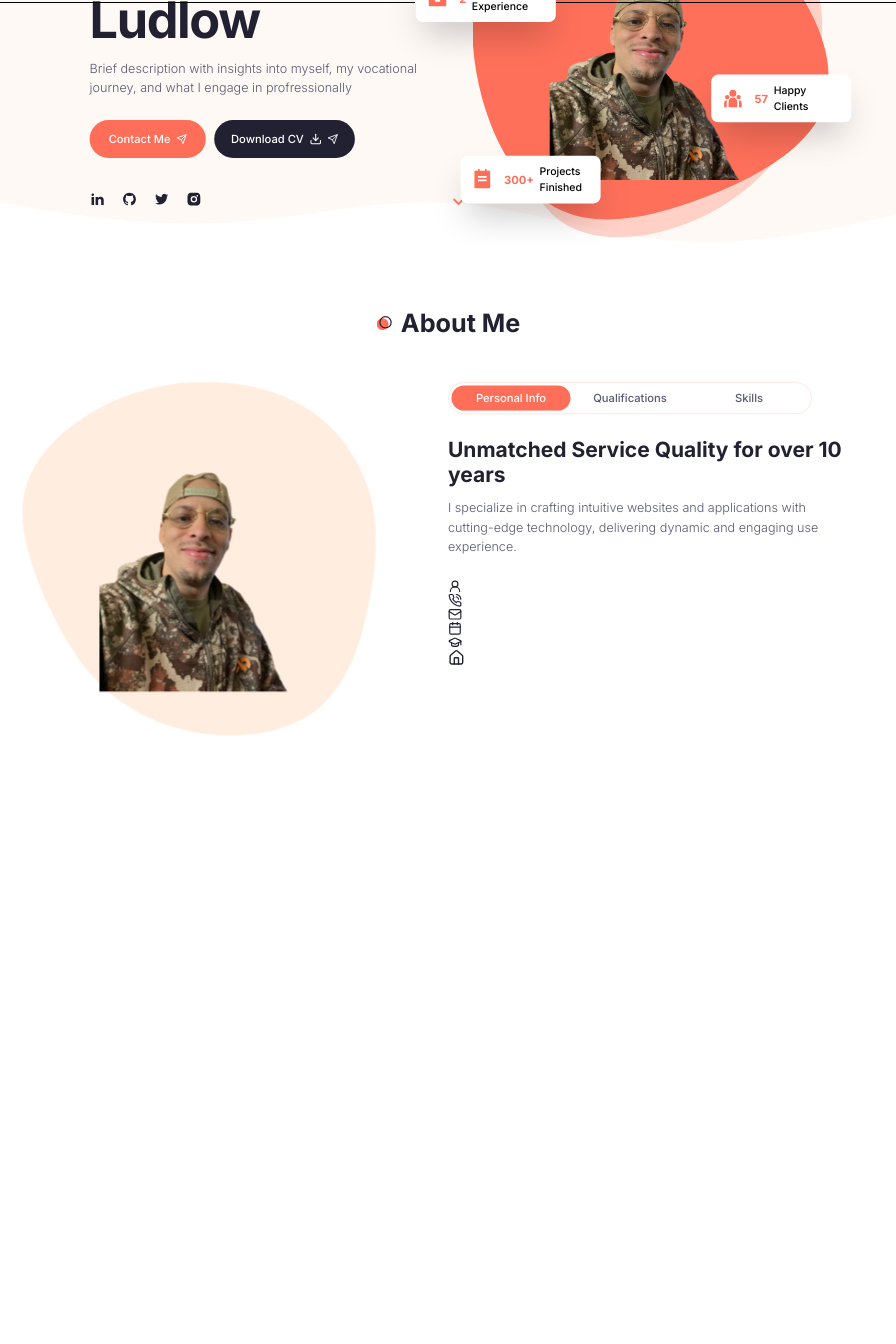
Repository: MikeeBuilds/mike-port
Page: /
The author's editor kept a copy of each file at every save. The page is drawn from the files as they stood at one save, then again after a run of saves.
The browser window is 1280 px wide. The pictures show the part of the page from y = 361 to 2281 px (the page is 5591 px tall), at 70% of full size.
The project was rebuilt for these pictures with package versions that can differ from the ones it lists, and the page was loaded fresh each time. The framework's server and built-in components were replaced by stand-ins that run in the browser. Also part of the build but not shown: next.config.js.

Above is the page before, as saved 2023-11-30 14:18:45.

### app/layout.jsx
import { Inter } from 'next/font/google'
import './globals.css'
import Header from '@/components/Header'
import Footer from '@/components/Footer'
import { ThemeProvider } from '@/components/ThemeProvider'

const inter = Inter({ subsets: ['latin'] })

export const metadata = {
  title: 'Mike Ludlow | Dev',
  description: 'Generated by create next app',
}

export default function RootLayout({ children }) {
  return (
    <html lang="en" suppressHydrationWarning>
      <body className={inter.className}
      >
        <ThemeProvider attribute="class" defaultTheme="light">
          <Header />
            {children}
          <Footer />
        </ThemeProvider>
      </body>
    </html>
  )
}

### app/page.jsx
import About from '@/components/About'
import Hero from '@/components/Hero'
import { main } from 'json'
import Image from 'next/image'

export default function Home() {
  return (
    <main>
      <Hero/>
      <About/>
    </main>
  )
}

### app/globals.css
@tailwind base;
@tailwind components;
@tailwind utilities;

@layer base {
  @layer base {
    :root {
      --background: 0 0% 100%;
      --foreground: 240 19% 16%;
      --card: 0 0% 100%;
      --card-foreground: 240 19% 16%;
      --popover: 0 0% 100%;
      --popover-foreground: 20 14.3% 4.1%;
      --primary: 8 99% 67%;
      --primary-foreground: 300 0% 100%;
      --secondary: 240 19% 16%;
      --secondary-foreground: 300 0% 100%;
      --tertiary: 27 82% 98%;
      --muted: 60 4.8% 95.9%;
      --muted-foreground: 237 13% 40%;
      --accent: 237 9% 96%;
      --accent-foreground: 24 9.8% 10%;
      --destructive: 0 84.2% 60.2%;
      --destructive-foreground: 60 9.1% 97.8%;
      --border: 8 82% 92%;
      --input: 8 82% 92%;
      --ring: 9 99% 67%;
      --radius: 1rem;
    }

    .dark {
      --background: 237 22% 20%;
      --foreground: 60 9.1% 97.8%;
      --card: 240 19% 16%;
      --card-foreground: 300 0% 100%;
      --popover: 20 14.3% 4.1%;
      --popover-foreground: 60 9.1% 97.8%;
      --primary: 8 99% 67%;
      --primary-foreground: 300 0% 100%;
      --secondary: 240 19% 16%;
      --secondary-foreground: 300 0% 100%;
      --tertiary: 237 22% 20%;
      --muted: 12 6.5% 15.1%;
      --muted-foreground: 237 13% 63%;
      --accent: 240 19% 16%;
      --accent-foreground: 300 0% 100%;
      --destructive: 0 72.2% 50.6%;
      --destructive-foreground: 60 9.1% 97.8%;
      --border: 237 22% 23%;
      --input: 237 22% 23%;
      --ring: 8 99% 67%;
    }
  }
}

@layer base {
  * {
    @apply border-border;
  }
  body {
    @apply bg-background text-foreground;
  }
}

.h1 {
  @apply text-6xl xl:text-[72px] xl:leading-[80px] tracking-[-2px] font-bold;
}

.h2 {
  @apply text-4xl font-bold;
}

.h3 {
  @apply text-3xl font-bold;
}

.h4 {
  @apply text-[22px] font-semibold;
}

.subtitle {
  @apply text-muted-foreground text-lg mb-8 font-light;

}
.section-title {
  @apply text-4xl font-bold relative w-max flex items-center justify-between gap-x-3
  before:bg-dots_light before:dark:bg-dots_dark before:bg-no-repeat before:bg-center
  before:w-[24px] before:h-[24px];
}

.badge {
  @apply z-10 w-[200px] h-[68px] bg-white dark:backdrop-blur-[44px] shadow-2xl p-4 rounded-[10px] flex items-center gap-x-4;
}

### components/Header.jsx
"use client";
import React, { useState, useEffect } from "react";

// components
import Logo from "./Logo";
import ThemeToggler from "./ThemeToggler";
import Nav from "./Nav";
import MobileNav from "./MobileNav";
import { usePathname } from "next/navigation";

const Header = () => {
  const [header, setHeader] = useState(false);
  const pathname = usePathname();

  useEffect(() => {
    const scrollYpos = window.addEventListener("scroll", () => {
      window.scrollY > 50 ? setHeader(true) : setHeader(false);
    });

    // remove event
    return () => window.removeEventListener("scroll", scrollYpos);
  });

  return (
    <header
      className={`${
        header
          ? "py-4 bg-white shadow-lg dark:bg-accent"
          : "py-6 dark:bg-transparent"
      } sticky top-0 z-30 transition-all ${pathname === '/' && 'bg-white'}`}
    >
      <div className="container mx-auto">
        <div className="flex justify-between items-center">
          <Logo />
          <div className="flex items-center gap-x-6">
            {/* nav */}
            <Nav
              containerStyles="hidden xl:flex gap-x-8 items-center"
              linkStyles="relative hover:text-primary transition-all"
              underlineStyles="absolute left-0 top-full h-[2px] bg-primary w-full"
            />
            <ThemeToggler />
            {/* mobile nav */}
            <div className="lg:hidden">
              <MobileNav />
            </div>
          </div>
        </div>
      </div>
    </header>
  );
};

export default Header;

### components/Footer.jsx

const Footer = () => {
  return (
    <footer>Footer</footer>
  )
}

export default Footer

### components/ThemeProvider.jsx
"use client"


import {
    ThemeProvider as NextThemesProvider
} from "next-themes";



export function ThemeProvider({ children, ...props}) {
    return <NextThemesProvider {...props}>{children}</NextThemesProvider>
}

### components/About.jsx
import DevImg from "./DevImg";
import image from "next/image";
import { Tabs, TabsContent, TabsList, TabsTrigger } from "@/components/ui/tabs";

import {
  User2,
  MailIcon,
  HomeIcon,
  PhoneCall,
  GraduationCap,
  Calendar,
  Briefcase,
} from "lucide-react";

const infoData = [
  {
    icon: <User2 size={20} />,
    text: "Mike Ludlow",
  },
  {
    icon: <PhoneCall size={20} />,
    text: "(614)772-9779",
  },
  {
    icon: <MailIcon size={20} />,
    text: "MLudlow000@gmail.com",
  },
  {
    icon: <Calendar size={20} />,
    text: "Born On May 14, 1986",
  },
  {
    icon: <GraduationCap size={20} />,
    text: "Bachelors In Software Engineering",
  },
  {
    icon: <HomeIcon sizes={20} />,
    text: "Columbus, OH",
  },
];

const qualificationData = [
  {
    title: "education",
    data: [
      {
        university: "Columbus State Community College",
        qualification: "Bachelor Of Science",
        years: "2019-2024",
      },
      {
        university: "Learn Web3",
        qualification: "Ethereum Developer Degree",
        years: "2022-2023",
      },
      {
        university: "Alchemy University",
        qualification: "Learn Javascript",
        years: "2023",
      },
    ],
  },
  {
    title: "experience",
    data: [
      {
        company: "Takify AI Startup",
        qualification: "Software Developer",
        years: "2022-present",
      },
      // {
      //   company: 'Takify AI Startup',
      //   qualification: 'Software Developer',
      //   years: '2022-present'
      // },
      // {
      //   company: 'Takify AI Startup',
      //   qualification: 'Software Developer',
      //   years: '2022-present'
      // },
    ],
  },
];

const skillData = [
  {
    title: "skills",
    data: [
      {
        name: "HTML, CSS",
      },
      {
        name: "Front-end Development",
      },
      {
        name: "Javascript, PHP",
      },
      {
        name: "Back-end Development",
      },
    ],
  },
  {
    title: "tools",
    data: [
      {
        imgPath: "/about/vscode.svg",
      },
      {
        imgPath: "/about/figma.svg",
      },
      {
        imgPath: "/about/notion.svg",
      },
      {
        imgPath: "/about/wordpress.svg",
      },
    ],
  },
];

const About = () => {
  const getData = (arr, title) => {
    return arr.find((item) => item.title === title);
  };

  return (
    <section className="xl:h-[860px] pb-12 xl:py-24">
      <div className="container mx-auto">
        <h2 className="section-title mb-8 xl:mb-16 text-center mx-auto">
          About Me
        </h2>
        <div className="flex flex-col xl:flex-row">
          {/* iamge */}
          <div className="hidden xl:flex flex-1 relative">
            <DevImg
              containerStyles="bg-about_shape_light dark:bg-about_shape_dark w-[505px] h-[505px] bg-no-repeat relative"
              imgSrc="/about/developer.png"
            />
          </div>
          {/* tabs */}
          <div className="flex-1">
            <Tabs defaultValue="personal">
              <TabsList className="w-full grid xl:grid-cols-3 xl:max-w-[520px] xl:border dark:border-none">
                <TabsTrigger className="w-[162px] xl:w-auto" value="personal">
                  Personal Info
                </TabsTrigger>
                <TabsTrigger
                  className="w-[162px] xl:w-auto"
                  value="qualifications"
                >
                  Qualifications
                </TabsTrigger>
                <TabsTrigger className="w-[162px] xl:w-auto" value="skills">
                  Skills
                </TabsTrigger>
              </TabsList>
              {/* tabs content */}
              <div className="text-lg mt:12 xl:mt-8">
                {/* personal */}
                <TabsContent value="personal">
                  <div className="text-center xl:text-left">
                    <h3 className="h3 mb-4">Unmatched Service Quality for over 10 years</h3>
                    <p className="subtitle max-w-xl mx-auto xl:mx-0">
                      I specialize in crafting intuitive websites and
                      applications with cutting-edge technology, delivering
                      dynamic and engaging use experience.
                    </p>
                    {/* icons */}
                    <div>
                      {infoData.map((item, index) => {
                        return (
                          <div key={index}>
                             <div>{item.icon}</div>
                          </div>
                        )
                      })}
                    </div>
                  </div>
                </TabsContent>
                <TabsContent value="qualifications">
                  qualifications info
                </TabsContent>
                <TabsContent value="skills">skills info</TabsContent>
              </div>
            </Tabs>
          </div>
        </div>
      </div>
    </section>
  );
};

export default About;

### components/Hero.jsx
import Link from "next/link";
import { Download, Send } from "lucide-react";
import { Button } from "./ui/button";

import {
  RiBriefcase4Fill,
  RiTeamFill,
  RiTodoFill,
  RiArrowDownSLine,
} from "react-icons/ri";

//components
import DevImg from "./DevImg";
import Badge from "./Badge";
import Socials from "./Socials";

const Hero = () => {
  return (
    <section className="py-12 xl:py-24 h-[84vh] xl:pt-28 bg-hero bg-no-repeat bg-bottom bg-cover dark:bg-none">
      <div className="flex justify-between gap-x-8">
        {/* text */}
        <div className="flex max-w-[600px] flex-col justify-center mx-auto xl:mx-32 text-center xl:text-left">
          <div className="text-sm uppercase font-semibold mb-4 text-primary tracking-[4px]">
            Software Developer
          </div>
          <h1 className="h1 mb-4">Hello, Im Mike Ludlow</h1>
          <p className="subtitle max-w-[490px] mx-auto xl:mx-0">
            Brief description with insights into myself, my vocational journey,
            and what I engage in profressionally
          </p>
          {/* buttons */}
          <div
            className="flex flex-col gap-y-3 md:flex-row gap-x-3 mx-auto
          xl:mx-0 mb-12"
          >
            <Link href="/contact">
              <Button className="gap-x-2">
                Contact Me <Send size={15} />
              </Button>
            </Link>
            <Button variant="secondary" className="gap-x-2">
              Download CV <Download size={18} /> <Send size={15} />
            </Button>
          </div>
          {/* socials */}
          <Socials
            containerStyles="flex gap-x-6 mx-auto xl:mx-0"
            iconStyles="text-foreground text-[22px] hover:text-primary transition-all"
          />
        </div>
        {/* image */}
        <div className="hidden xl:flex relative right-24">
          <Badge
            icon={<RiBriefcase4Fill />}
            endCountNum={2}
            badgeText="Years Of Experience"
            containerstyles="absolute top-[24%] -left-[5rem]"
          />
          {/* badge 2 */}
          <Badge
            icon={<RiTodoFill />}
            endCountNum={30}
            endCountText='0+'
            badgeText="Projects Finished"
            containerstyles="absolute top-[80%] -left-[1rem]"
          />
          {/* badge 3 */}
          <Badge
            icon={<RiTeamFill />}
            endCountNum={5}
            endCountText='7'
            badgeText="Happy Clients"
            containerstyles="absolute top-[55%] -right-8"
          />
          <div className="bg-hero_shape2_light dark:bg-hero_shape2_dark w-[500px] h-[500px] bg-no-repeat absolute -top-1 -right-8"></div>
          <DevImg
            containerStyles="bg-hero_shape w-[510px] h-[462px] bg-no-repeat relative bg-bottom"
            imgSrc="/hero/developer.png"
          />
        </div>
        {/* icon */}
        <div className="hidden md:flex absolute left-2/4 bottom-44 xl:bottom-12 animate-bounce">
          <RiArrowDownSLine className="text-3xl text-primary" />
        </div>
      </div>
    </section>
  );
};

export default Hero;

### components/Logo.jsx
import Link from "next/link";
import Image from "next/image";


const Logo = () => {
  return (
    <Link href="/">
        <Image src='/logo.svg' width={54} height={54} priority alt="logo"/>
    </Link>
  )
}

export default Logo

### components/ThemeToggler.jsx
"use client";

import { Button } from "./ui/button";
import { MoonIcon, SunIcon } from "@radix-ui/react-icons";
import { useTheme } from "next-themes";

const ThemeToggler = () => {
  const { theme, setTheme } = useTheme();
  return (
    <Button variant='outline' size="outline" onClick={() => setTheme(theme === 'dark' ? 'light' : 'dark')}>
      <SunIcon
        className="h-[1.2rem] w-[1.2rem] rotate-0 scale-100 transition-all
      dark:rotate-90 dark:scale-0"
      />
      <MoonIcon
        className="absolute h-[1.2rem] w-[1.2rem] rotate-90 scale-0 transition-all
       dark:rotate-0 dark:scale-100"
      />
    </Button>
  );
};

export default ThemeToggler;

### components/Nav.jsx
import Link from "next/link";

//next hooks
import { usePathname } from "next/navigation";

//framer motion
import { motion } from "framer-motion";

const links = [
  { path: "/", name: "home" },
  { path: "/projects", name: "my projects" },
  { path: "/contact", name: "contact" },
];

const Nav = ({ containerStyles, linkStyles, underlineStyles }) => {
  const path = usePathname();
  return (
    <nav className={`${containerStyles}`}>
      {links.map((link, index) => {
        return (
          <Link
            href={link.path}
            key={index}
            className={`capitalize ${linkStyles}`}
          >
            {link.path === path && (
              <motion.span
                initial={{ y: "-100%" }}
                animate={{ y: 0 }}
                transition={{ type: "tween" }}
                layoutId="underline"
                className={`${underlineStyles}`}
              />
            )}
            {link.name}
          </Link>
        );
      })}
    </nav>
  );
};

export default Nav;

### components/MobileNav.jsx
import { Sheet, SheetContent, SheetTrigger } from "@/components/ui/sheet";
import { AlignJustify } from "lucide-react";

import Nav from "./Nav";
import Logo from "./Logo";
import Socials from "./Socials";

const MobileNav = () => {
  return (
    <Sheet>
      <SheetTrigger asChild>
        <AlignJustify className="cursor-pointer" />
      </SheetTrigger>
      <SheetContent>
        <div className="flex flex-col items-center justify-between h-full py-8">
          <div className="flex flex-col items-center gap-y-32">
            <Logo />
            <Nav
              containerStyles="flex flex-col items-center gap-y-6"
              linkStyles="text-2xl"
            />
          </div>
            <Socials containerStyles='flex gap-x-4' iconStyles='text-2xl'/>
        </div>
      </SheetContent>
    </Sheet>
  );
};

export default MobileNav;

### components/DevImg.jsx
import Image from "next/image";

const DevImg = ({ containerStyles, imgSrc }) => {
  return <div className={`${containerStyles}`}>
    <Image src={imgSrc} fill priority alt="" />
  </div>;
};

export default DevImg;

### components/ui/tabs.jsx
"use client";

import * as React from "react";
import * as TabsPrimitive from "@radix-ui/react-tabs";

import { cn } from "@/lib/utils";

const Tabs = TabsPrimitive.Root;

const TabsList = React.forwardRef(({ className, ...props }, ref) => (
  <TabsPrimitive.List
    ref={ref}
    className={cn(
      "inline-flex items-center justify-center xl:bg-white p-1 text-muted-foreground rounded-[30px] dark:md:bg-secondary",
      className
    )}
    {...props}
  />
));
TabsList.displayName = TabsPrimitive.List.displayName;

const TabsTrigger = React.forwardRef(({ className, ...props }, ref) => (
  <TabsPrimitive.Trigger
    ref={ref}
    className={cn(
      "inline-flex items-center justify-center whitespace-nowrap rounded-full px-3 py-1.5 text-base font-medium ring-offset-background transition-all focus-visible:outline-none focus-visible:ring-2 focus-visible:ring-ring focus-visible:ring-offset-2 disabled:pointer-events-none disabled:opacity-50 data-[state=active]:bg-primary data-[state=active]:text-white data-[state=active]:shadow-sm ",
      className
    )}
    {...props}
  />
));
TabsTrigger.displayName = TabsPrimitive.Trigger.displayName;

const TabsContent = React.forwardRef(({ className, ...props }, ref) => (
  <TabsPrimitive.Content
    ref={ref}
    className={cn(
      "mt-2 ring-offset-background focus-visible:outline-none focus-visible:ring-2 focus-visible:ring-ring focus-visible:ring-offset-2",
      className
    )}
    {...props}
  />
));
TabsContent.displayName = TabsPrimitive.Content.displayName;

export { Tabs, TabsList, TabsTrigger, TabsContent };

### components/ui/button.jsx
import * as React from "react"
import { Slot } from "@radix-ui/react-slot"
import { cva } from "class-variance-authority";

import { cn } from "@/lib/utils"

const buttonVariants = cva(
  "inline-flex items-center justify-center whitespace-nowrap rounded-full text-base font-medium ring-offset-background transition-colors focus-visible:outline-none focus-visible:ring-2 focus-visible:ring-ring focus-visible:ring-offset-2 disabled:pointer-events-none disabled:opacity-50",
  {
    variants: {
      variant: {
        default: "bg-primary text-primary-foreground hover:bg-primary/90",
        destructive:
          "bg-destructive text-destructive-foreground hover:bg-destructive/90",
        outline:
          "border border-input bg-background hover:bg-accent hover:text-accent-foreground",
        secondary:
          "bg-secondary text-secondary-foreground hover:bg-secondary/80",
        ghost: "hover:bg-accent hover:text-accent-foreground",
        link: "text-primary underline-offset-4 hover:underline",
      },
      size: {
        default: "h-[54px] px-6 py-2 min-w-[166px]",
        sm: "h-9 rounded-md px-3",
        lg: "h-11 rounded-md px-8",
        icon: "h-10 w-10",
      },
    },
    defaultVariants: {
      variant: "default",
      size: "default",
    },
  }
)

const Button = React.forwardRef(({ className, variant, size, asChild = false, ...props }, ref) => {
  const Comp = asChild ? Slot : "button"
  return (
    (<Comp
      className={cn(buttonVariants({ variant, size, className }))}
      ref={ref}
      {...props} />)
  );
})
Button.displayName = "Button"

export { Button, buttonVariants }

### components/Badge.jsx
"use client"
import CountUp from 'react-countup';

const Badge = ({
  containerstyles,
  icon,
  endCountNum,
  endCountText,
  badgeText
}) => {
  return <div className={`badge ${containerstyles}`}>
    <div className='text-3xl text-primary'>{icon}</div>
    <div className='flex items-center gap-x-2'>
      <div className='text-4-xl leading-none font-bold text-primary'>
        <CountUp end={endCountNum} delay={1} duration={4}/>
        {endCountText}
      </div>
      <div className='max-w-[70px] leadin-none text-[15px] font-medium text-black'>{badgeText}</div>
    </div>
  </div>;
};

export default Badge;

### components/Socials.jsx
'use client'

import {
  RiLinkedinFill,
  RiGithubFill,
  RiTwitterFill,
  RiInstagramFill
} from 'react-icons/ri';

import Link from 'next/link';

const icons = [
  {
    path: '/',
    name: <RiLinkedinFill />,
  },
  {
    path: '/',
    name: <RiGithubFill />,
  },{
    path: '/',
    name: <RiTwitterFill />,
  },{
    path: '/',
    name: <RiInstagramFill />,
  },
]


import React from "react";

const Socials = ({ containerStyles, iconStyles}) => {
  return <div className={`${containerStyles}`}>
    {icons.map((icon, index) => {
      return <Link href={icon.path} key={index}>
        <div className={`${iconStyles}`}>
          {icon.name}
        </div>
      </Link>
    })}
  </div>;
};

export default Socials;

Loaded but not shown: lib/utils.js (common file); tailwind.config.js (90 lines, source omitted); app/template.js (36 lines, source omitted); hooks/useScrollProgress.js (25 lines, source omitted); components/ui/sheet.jsx (109 lines, source omitted)

After the next 2 saves:
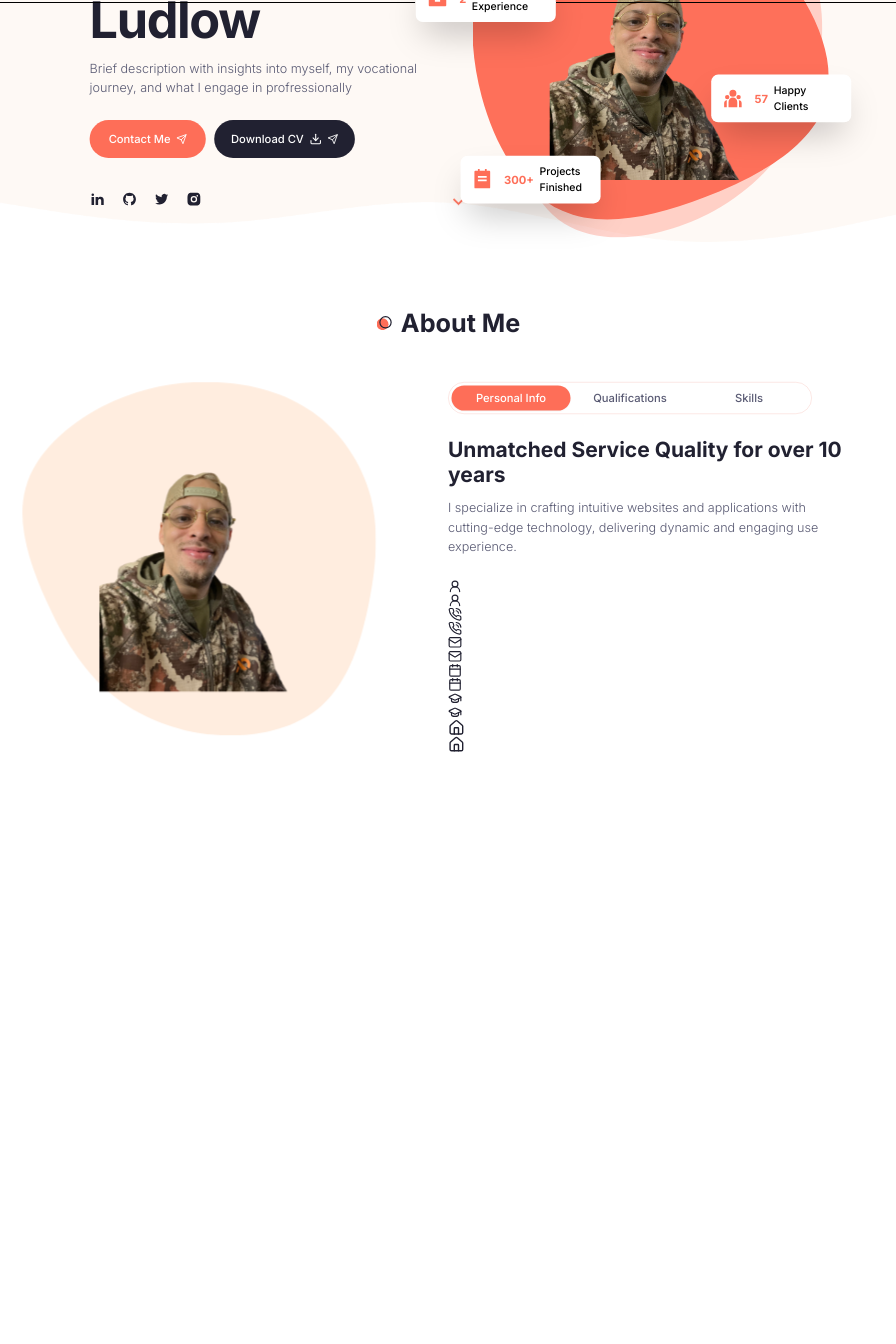
The 2 saves are shown as one change because they came seconds apart.
The last was saved 7 s later.
--- a/components/About.jsx
+++ b/components/About.jsx
@@ -172,6 +172,7 @@ const About = () => {
                         return (
                           <div key={index}>
                              <div>{item.icon}</div>
+                             <div>{item.icon}</div>
                           </div>
                         )
                       })}
